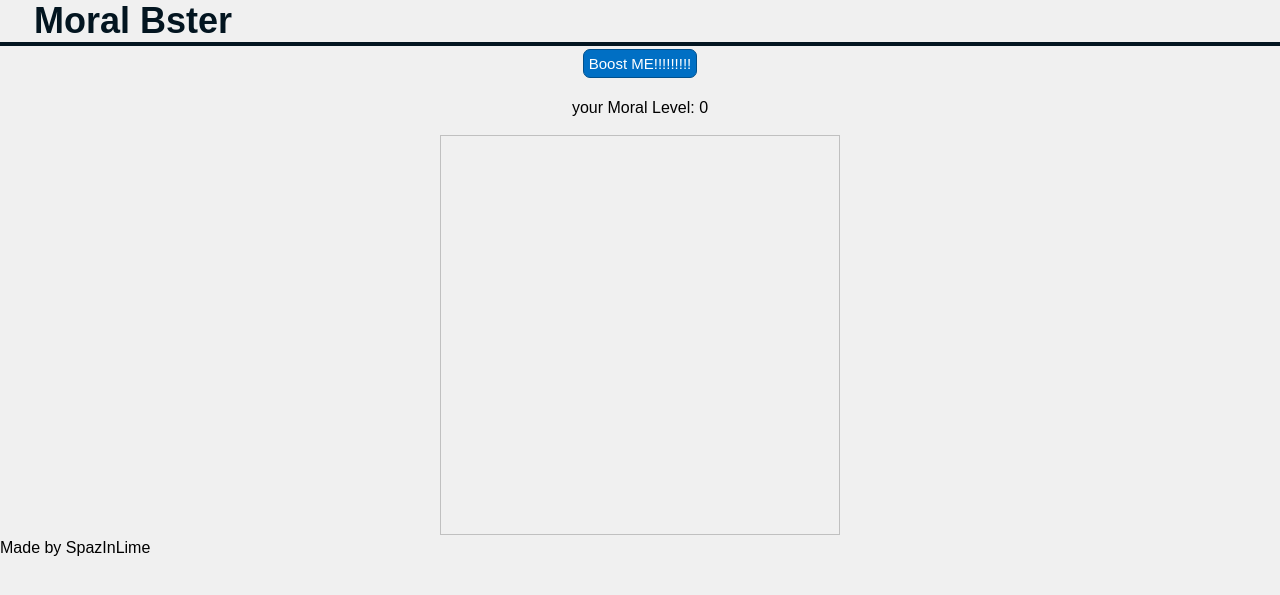
Repository: cxleb/cxleb.github.io
Page: jsapps/mrlbstr/index.html
The author's editor kept a record of every edit. The page is drawn from the files as they stood at one moment, then again after the next edit.
The browser window is 1280 px wide. The pictures show the whole page.

Above is the page before.

After the next edit:
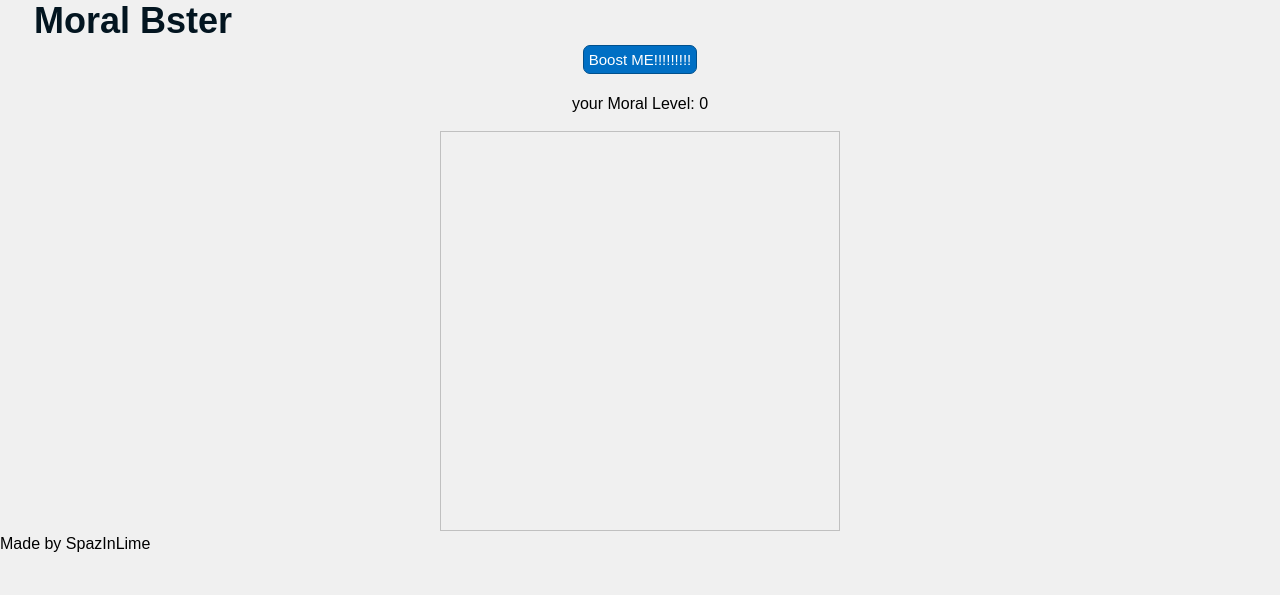
The edit:
--- a/jsapps/mrlbstr/style.css
+++ b/jsapps/mrlbstr/style.css
@@ -14,14 +14,6 @@
     margin-top: 3px;
     border-radius: 7px;
 }
-.header_div{
-    padding-left: 0px;
-    padding-right: 0px;
-    border-bottom: 0px;
-    width: 100%;
-    height: 46px;
-    background-color: #031520;
-}
 h1{
     font-size: 36px;
     padding-left: 34px;
